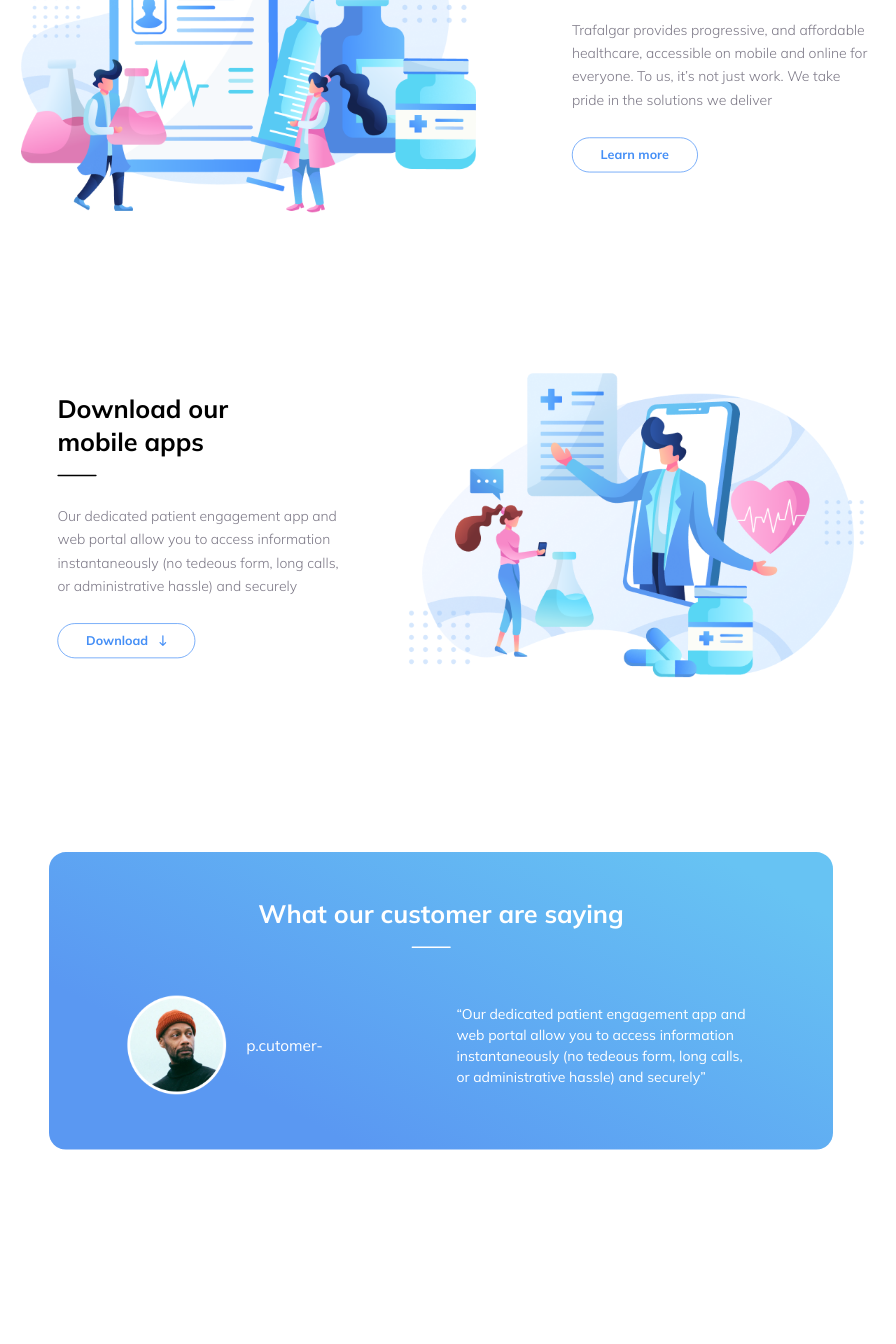
Repository: tungcutte35/Trafalgar
Page: index.html
The author's editor kept a copy of each file at every save. The page is drawn from the files as they stood at one save, then again after the next save.
The browser window is 1280 px wide. The pictures show the part of the page from y = 2526 to 4446 px (the page is 4446 px tall), at 70% of full size.
The style sheet was rebuilt from its Sass, Less or Tailwind sources for each picture, by a compiler version that may differ from the author's.

Above is the page before, as saved 2021-10-18 00:57:22.

After the next save:
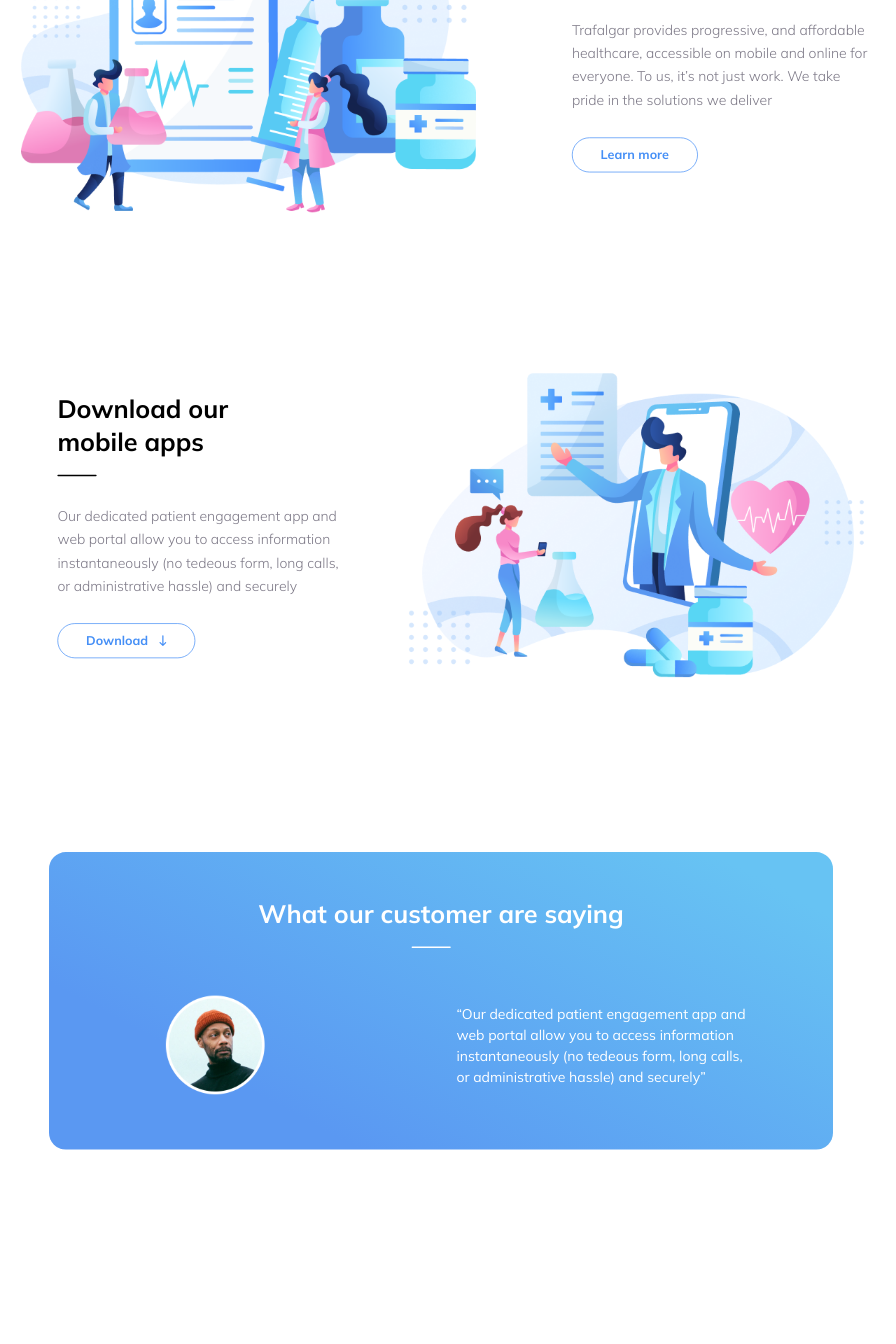
Saved 29 s later.
--- a/index.html
+++ b/index.html
@@ -163,8 +163,8 @@
           <div class="customer-seconds">
             <div class="customer-highlight">
               <img class="customer-img" srcset="./Images/avt.png 2x" alt="">
-              <div class="customer-name-firsd">
-                p.cutomer-
+              <div class="customer-name">
+                <p class="cutomer-name-firds"></p>
               </div>
             </div>
             <div class="customer-contents">
